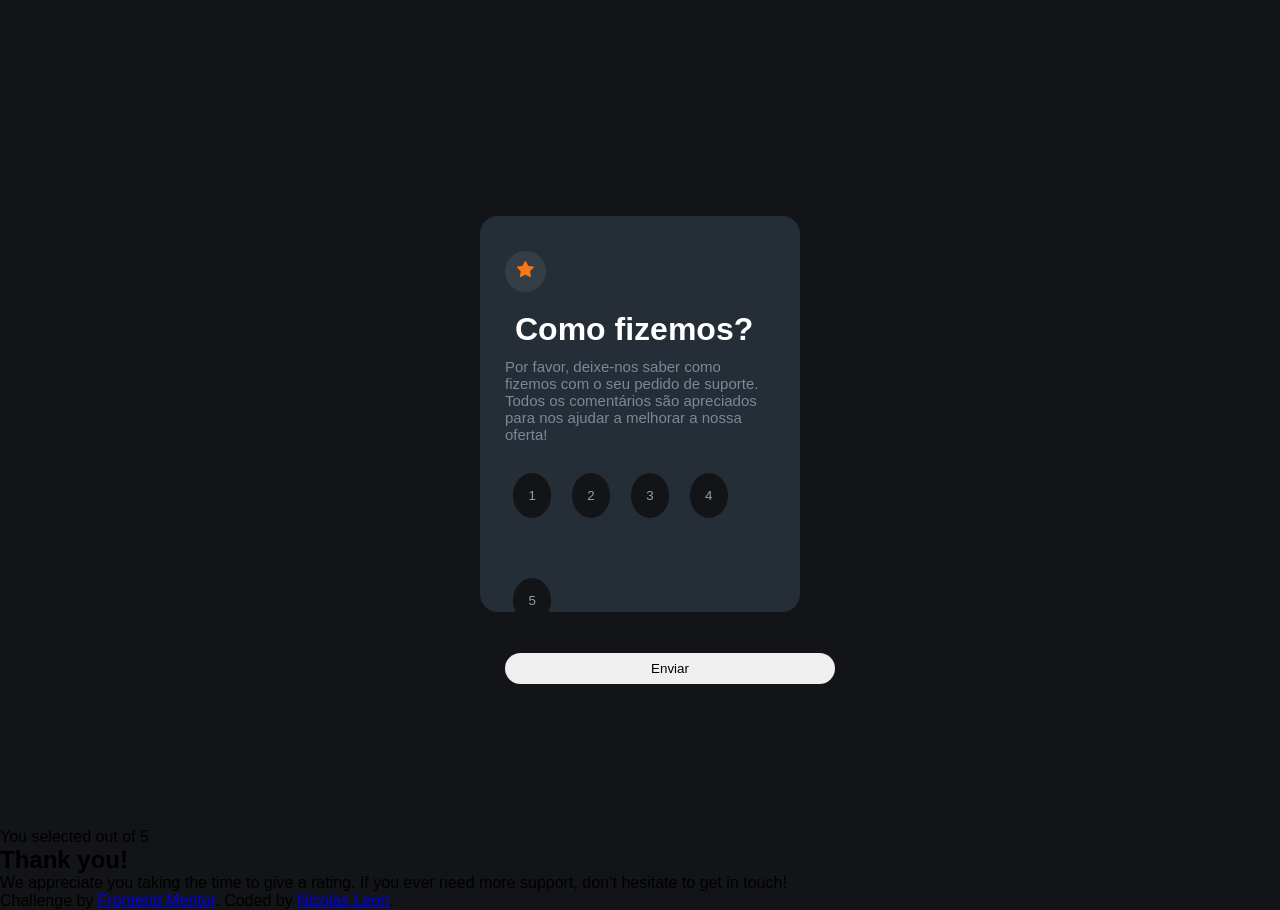
Repository: Leonngc/projeto-avaliacao
Page: index.html
The author's editor kept a copy of each file at every save. The page is drawn from the files as they stood at one save, then again after a run of saves.
The browser window is 1280 px wide. The pictures show the whole page.

Above is the page before, as saved 2023-01-26 11:50:50.

After the next 7 saves:
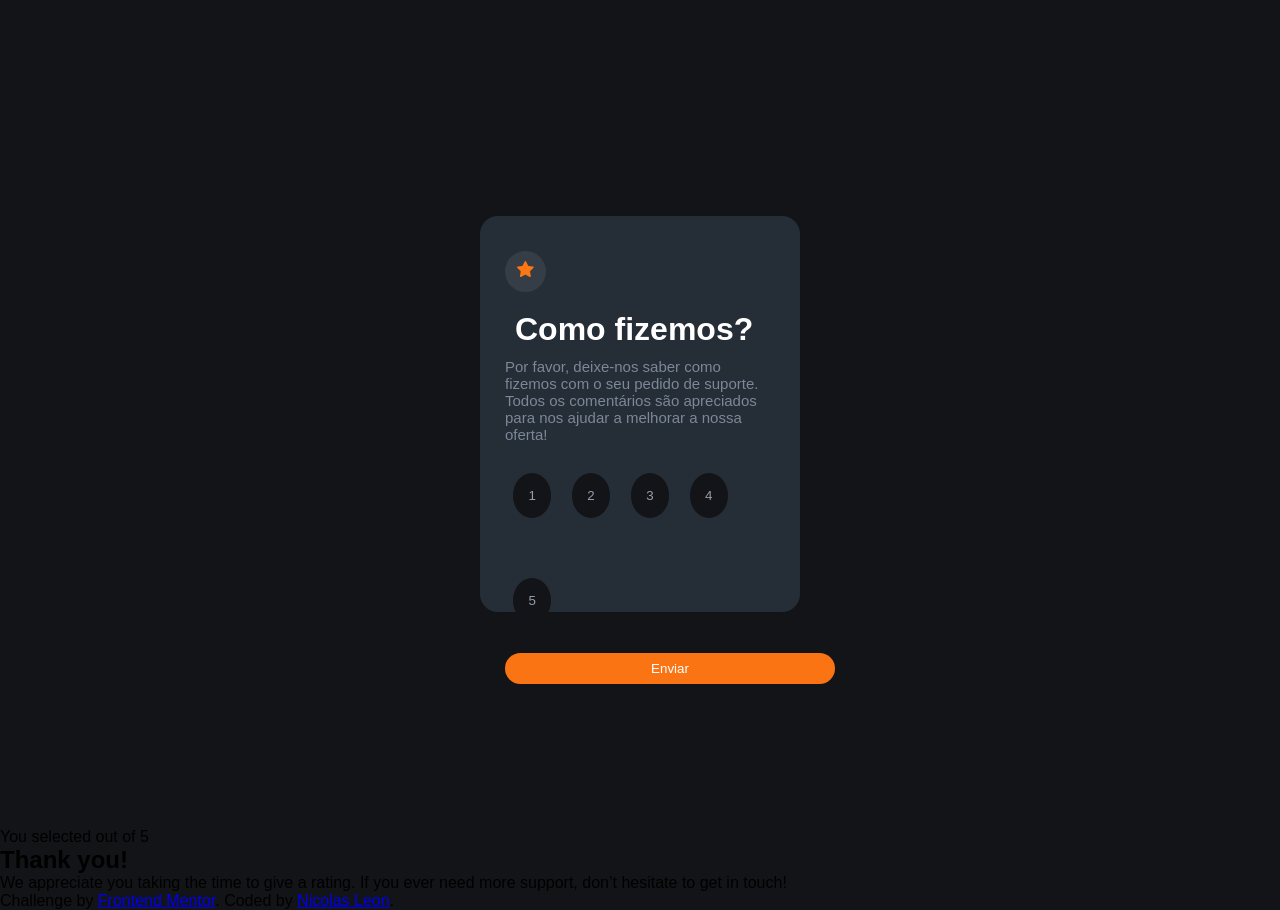
The 7 saves are shown as one change because they came seconds apart.
The last was saved 21 s later.
--- a/styles/style.css
+++ b/styles/style.css
@@ -72,4 +72,6 @@ span > img{
     padding: 8px;
     border-radius: 20px;
     border-style: none;
+    color: white;
+    background-color: hsl(25, 97%, 53%);
 }
